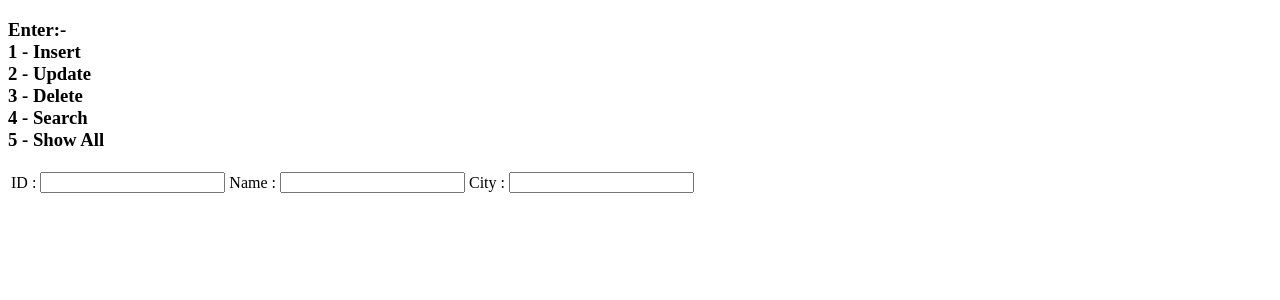
Repository: Vishalrathod8788/JEE
Page: stmt_Connectivity/WebContent/index.html
These files come from the project's save history. The page is drawn as it stood at one moment and after the next save; the edit follows.
The browser window is 1280 px wide. The pictures show the whole page.

Above is the page before, as saved 2023-10-01 12:04:37.

### stmt_Connectivity/WebContent/index.html
<!DOCTYPE html>
<html>
<head>
<meta charset="ISO-8859-1">
<title>Insert title here</title>
</head>
<body>
	<h3>
		Enter:-<br>
		1 - Insert<br>
		2 - Update<br>
		3 - Delete<br>
		4 - Search<br>
		5 - Show All<br>
	</h3>
	<form action="" method="get">
		<table>
			<tr>
				<td>ID :</td>
				<td><input type="text" name="txtID"></td>
				<td>Name :</td>
				<td><input type="text" name="txtName"></td>
				<td>City :</td>
				<td><input type="text" name="txtCity"></td>
			</tr>
		</table>
	</form>
</body>
</html>

After the next save:
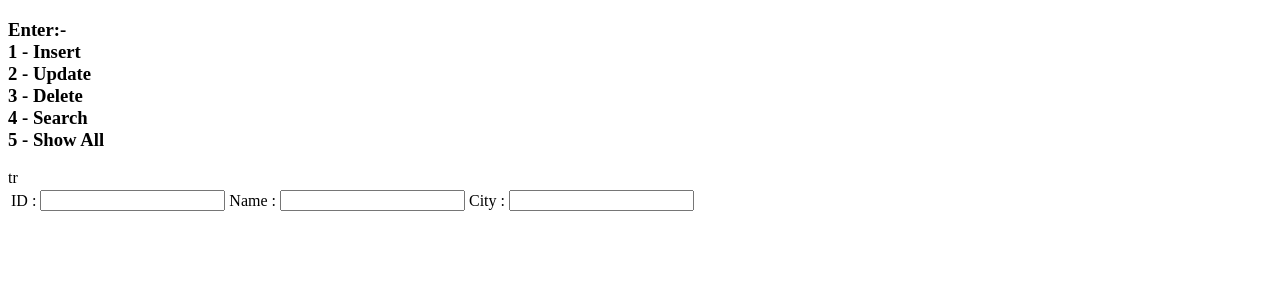
Saved 22 s later.
--- a/stmt_Connectivity/WebContent/index.html
+++ b/stmt_Connectivity/WebContent/index.html
@@ -23,6 +23,9 @@
 				<td>City :</td>
 				<td><input type="text" name="txtCity"></td>
 			</tr>
+			tr<tr>
+
+			</tr>
 		</table>
 	</form>
 </body>

After the save that followed:
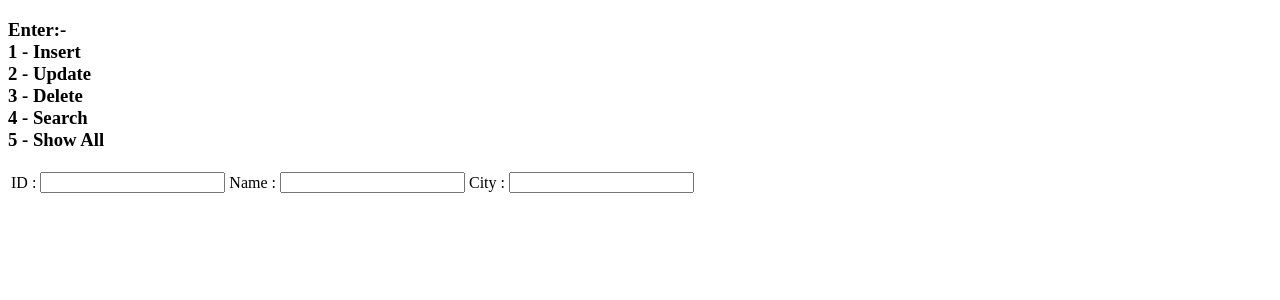
Saved 10 s later.
--- a/stmt_Connectivity/WebContent/index.html
+++ b/stmt_Connectivity/WebContent/index.html
@@ -23,7 +23,11 @@
 				<td>City :</td>
 				<td><input type="text" name="txtCity"></td>
 			</tr>
-			tr<tr>
+			<tr>
+
+			</tr>
+
+			<tr>
 
 			</tr>
 		</table>
